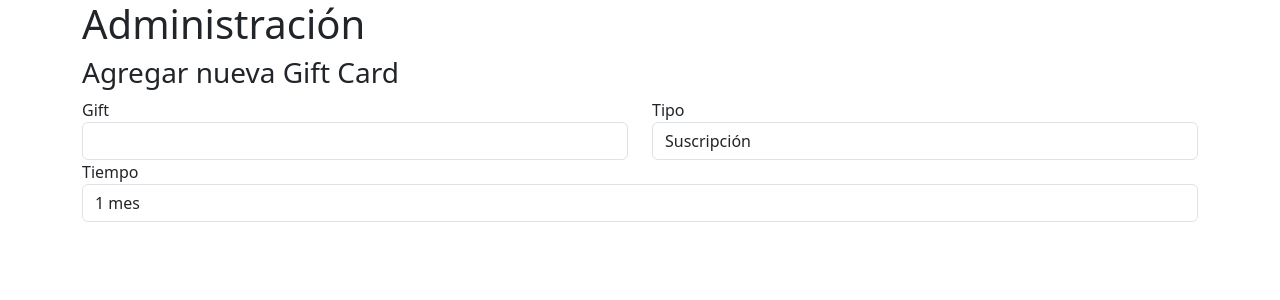
Repository: pedro-donoso/vanilla-js
Page: index.html
The author's editor kept a copy of each file at every save. The page is drawn from the files as they stood at one save, then again after a run of saves.
The browser window is 1280 px wide. The pictures show the whole page.

Above is the page before, as saved 2024-01-31 13:34:09.
Console error: SyntaxError: Unexpected identifier 'assert'

After the next 4 saves:
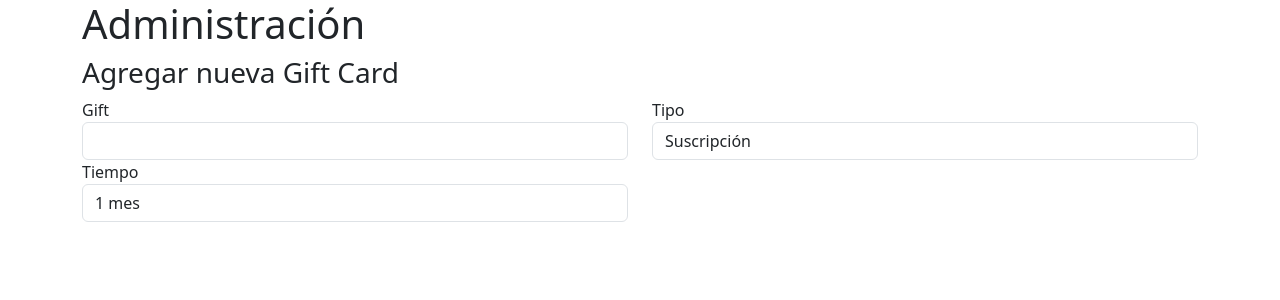
The 4 saves are shown as one change because they came seconds apart.
The last was saved 9 s later.
--- a/index.html
+++ b/index.html
@@ -43,8 +43,8 @@
                                 <option value="6 meses">1 meses</option>
                             </select>
                         </div>
-                        <div class>
-
+                        <div class="col">
+                            <label for=""></label>
                         </div>
                     </div>
                 </form>
